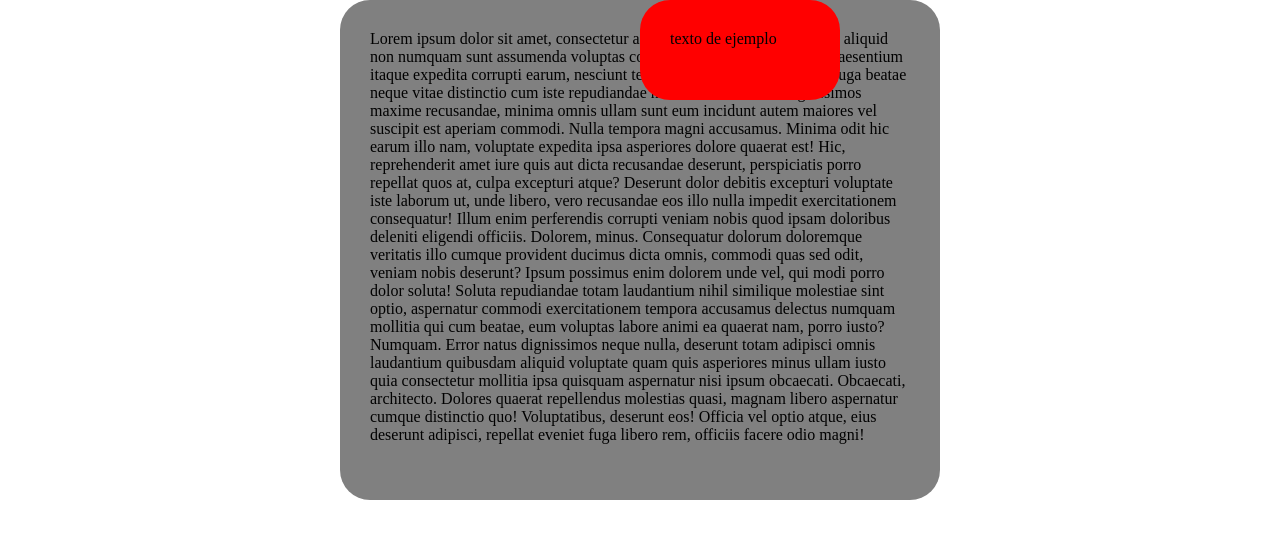
Repository: Daniel009980/daniel0099980
Page: desafio/index.html
An editor plug-in stored every save of this project. The page is shown before and after the next save, followed by the edit.
The browser window is 1280 px wide. The pictures show the whole page.

Above is the page before, as saved 2022-09-19 01:37:52.

### desafio/index.html
<!DOCTYPE html>
<html lang="en">
<head>
    <meta charset="UTF-8">
    <meta http-equiv="X-UA-Compatible" content="IE=edge">
    <meta name="viewport" content="width=device-width, initial-scale=1.0">
    <title>Desafio</title>
    <link rel="stylesheet" href="./style.css">
</head>
<body>

    <main>
        <div style="position: absolute;"><p>texto de ejemplo</p></div>
        <section><p>Lorem ipsum dolor sit amet, consectetur adipisicing elit. Eaque inventore aliquid non numquam sunt assumenda voluptas consequatur, iste dolor facilis, praesentium itaque expedita corrupti earum, nesciunt tempore corporis nulla soluta?
        Fuga beatae neque vitae distinctio cum iste repudiandae necessitatibus libero dignissimos maxime recusandae, minima omnis ullam sunt eum incidunt autem maiores vel suscipit est aperiam commodi. Nulla tempora magni accusamus.
        Minima odit hic earum illo nam, voluptate expedita ipsa asperiores dolore quaerat est! Hic, reprehenderit amet iure quis aut dicta recusandae deserunt, perspiciatis porro repellat quos at, culpa excepturi atque?
        Deserunt dolor debitis excepturi voluptate iste laborum ut, unde libero, vero recusandae eos illo nulla impedit exercitationem consequatur! Illum enim perferendis corrupti veniam nobis quod ipsam doloribus deleniti eligendi officiis.
        Dolorem, minus. Consequatur dolorum doloremque veritatis illo cumque provident ducimus dicta omnis, commodi quas sed odit, veniam nobis deserunt? Ipsum possimus enim dolorem unde vel, qui modi porro dolor soluta!
        Soluta repudiandae totam laudantium nihil similique molestiae sint optio, aspernatur commodi exercitationem tempora accusamus delectus numquam mollitia qui cum beatae, eum voluptas labore animi ea quaerat nam, porro iusto? Numquam.
        Error natus dignissimos neque nulla, deserunt totam adipisci omnis laudantium quibusdam aliquid voluptate quam quis asperiores minus ullam iusto quia consectetur mollitia ipsa quisquam aspernatur nisi ipsum obcaecati. Obcaecati, architecto.
        Dolores quaerat repellendus molestias quasi, magnam libero aspernatur cumque distinctio quo! Voluptatibus, deserunt eos! Officia vel optio atque, eius deserunt adipisci, repellat eveniet fuga libero rem, officiis facere odio magni!</p></section>
    </main>
</body>
</html>

### desafio/style.css
*{
    box-sizing: border-box;
    margin: 0;
    padding: 0;
}


div{
    left: 50%;
    border-radius: 30px;
    padding: 30px;
    background-color: red;
    width: 200px;
    height: 100px;
    margin: 0 auto;
}

section{
    padding: 30px;
    border-radius: 30px;
    width: 80%;
    min-width: 420px;
    max-width: 600px;               /* esto es para delimitar el tamaño del ancho de la seccionq ue estamos mandando a llamar */
    min-height: 500px;                  /* aqui le estamo diciendoa la seccion que su tamaño minimo sera de 500 pixeles pero si tiene mas contenido no deja de crecer hasta que el contenido termine de crecer y asi evitamos el overflow de contenido */
    margin: 0 auto;                         /* aqui significa que le agregue 0 de arriba y abajo pero que de los lados lo ajuste automaticamente por eso queda cemtrado */
    background-color: grey;
}

After the next save:
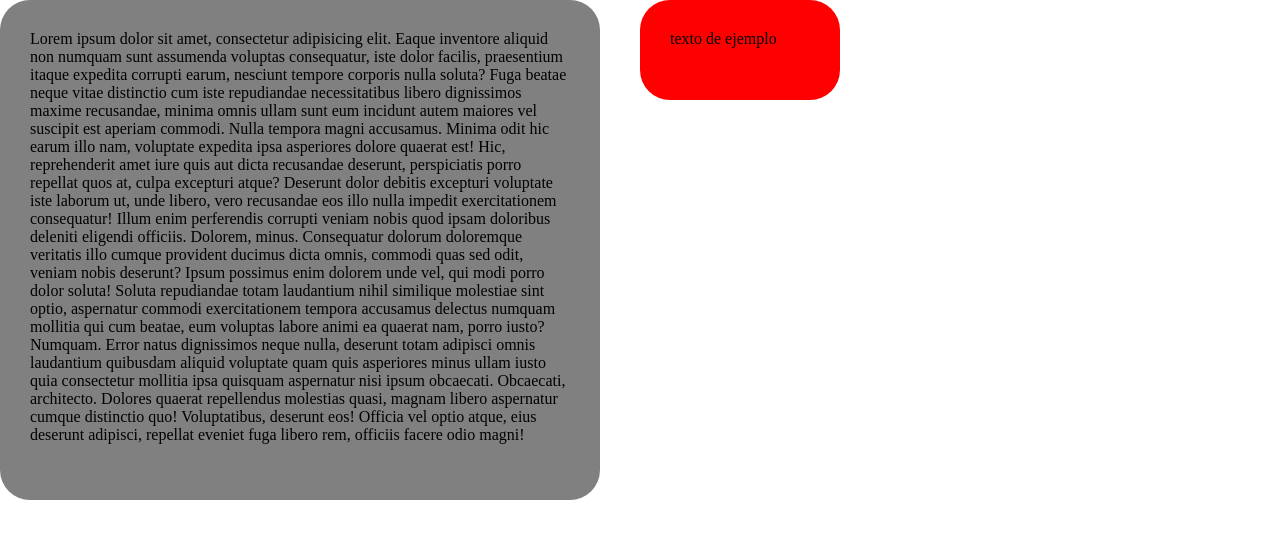
Saved 41 s later.
--- a/desafio/style.css
+++ b/desafio/style.css
@@ -22,6 +22,6 @@
     min-width: 420px;
     max-width: 600px;               /* esto es para delimitar el tamaño del ancho de la seccionq ue estamos mandando a llamar */
     min-height: 500px;                  /* aqui le estamo diciendoa la seccion que su tamaño minimo sera de 500 pixeles pero si tiene mas contenido no deja de crecer hasta que el contenido termine de crecer y asi evitamos el overflow de contenido */
-    margin: 0 auto;                         /* aqui significa que le agregue 0 de arriba y abajo pero que de los lados lo ajuste automaticamente por eso queda cemtrado */
+                          /* aqui significa que le agregue 0 de arriba y abajo pero que de los lados lo ajuste automaticamente por eso queda cemtrado */
     background-color: grey;
 }

After the save that followed:
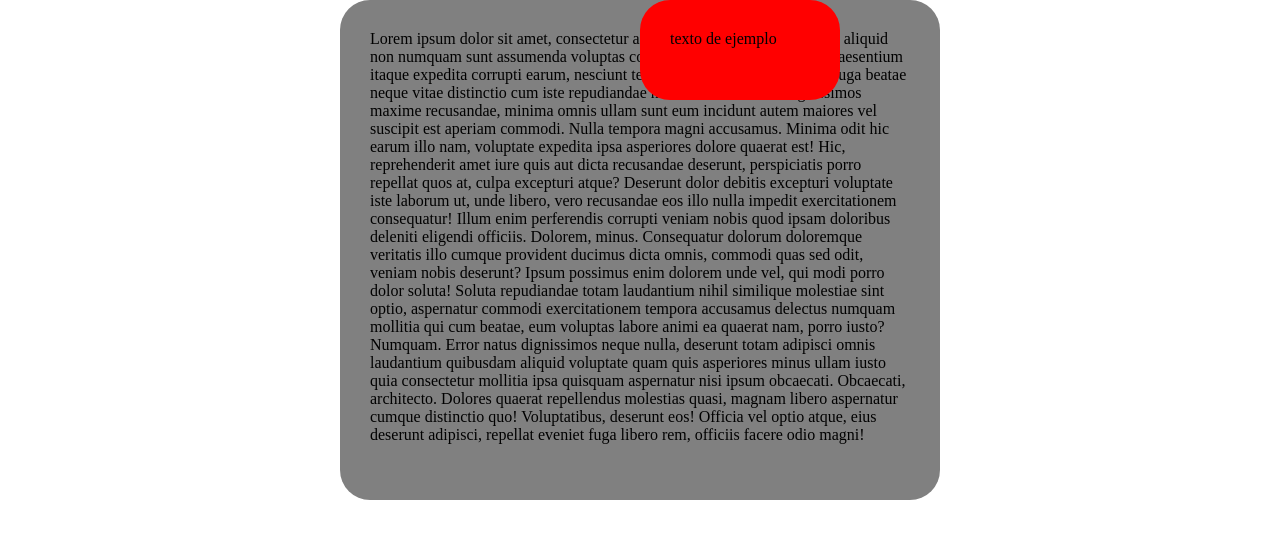
Saved 4 s later.
--- a/desafio/style.css
+++ b/desafio/style.css
@@ -22,6 +22,6 @@
     min-width: 420px;
     max-width: 600px;               /* esto es para delimitar el tamaño del ancho de la seccionq ue estamos mandando a llamar */
     min-height: 500px;                  /* aqui le estamo diciendoa la seccion que su tamaño minimo sera de 500 pixeles pero si tiene mas contenido no deja de crecer hasta que el contenido termine de crecer y asi evitamos el overflow de contenido */
-                          /* aqui significa que le agregue 0 de arriba y abajo pero que de los lados lo ajuste automaticamente por eso queda cemtrado */
+    margin: 0 auto;                         /* aqui significa que le agregue 0 de arriba y abajo pero que de los lados lo ajuste automaticamente por eso queda cemtrado */
     background-color: grey;
 }
